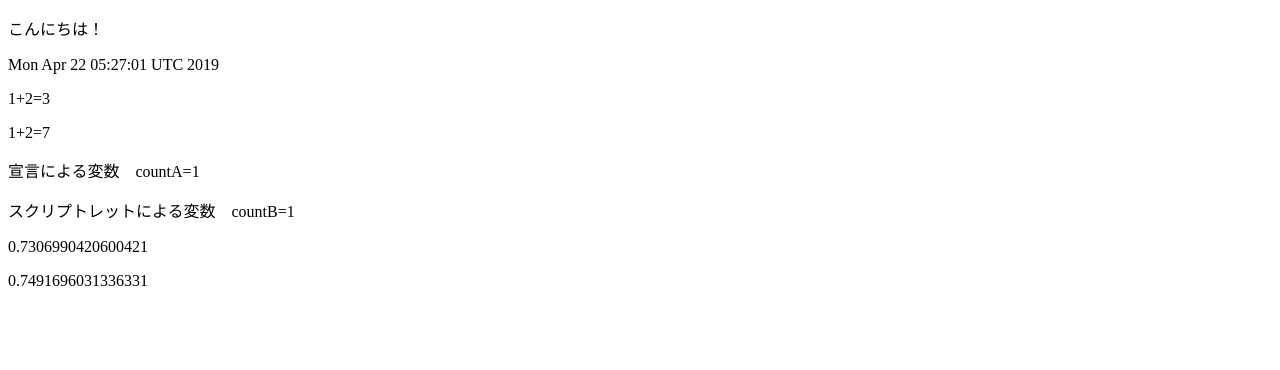
Repository: naoshima1109/test
Page: http://localhost/HelloJSP/
These files come from the project's save history. The page is drawn as it stood at one moment and after the next save; the edit follows.
The browser window is 1280 px wide. The pictures show the whole page.
The page is served by Tomcat 9.

Above is the page before, as saved 2019-04-24 05:04:29.

After the next save:
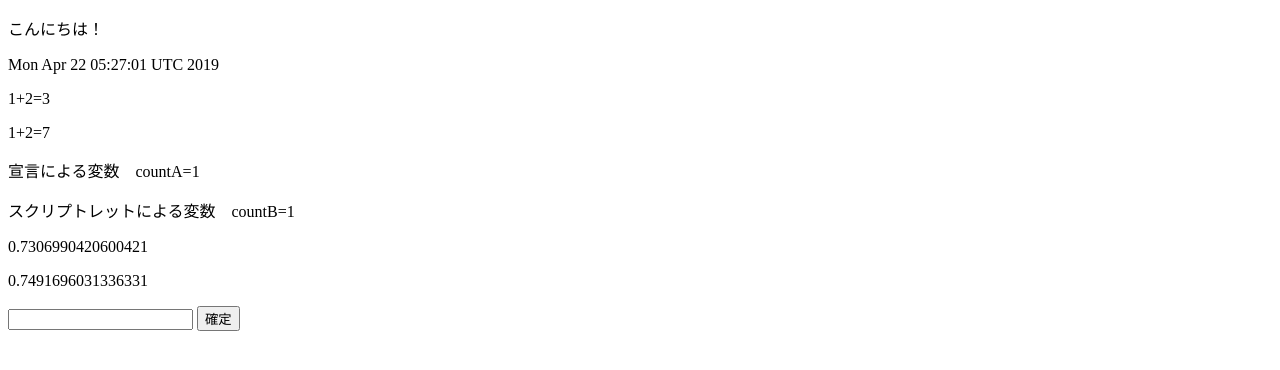
Saved 45 s later.
--- a/HelloJSP/WebContent/index.jsp
+++ b/HelloJSP/WebContent/index.jsp
@@ -32,5 +32,10 @@ countB++;
 
 <p><% out.println(Math.random()); %></p>
 <p><%=Math.random() %></p>
+
+<form method="post" action="greeting-out.jsp">
+<input type="text" name="user">
+<input type="submit" value="確定">
+</form>
 </body>
 </html>
